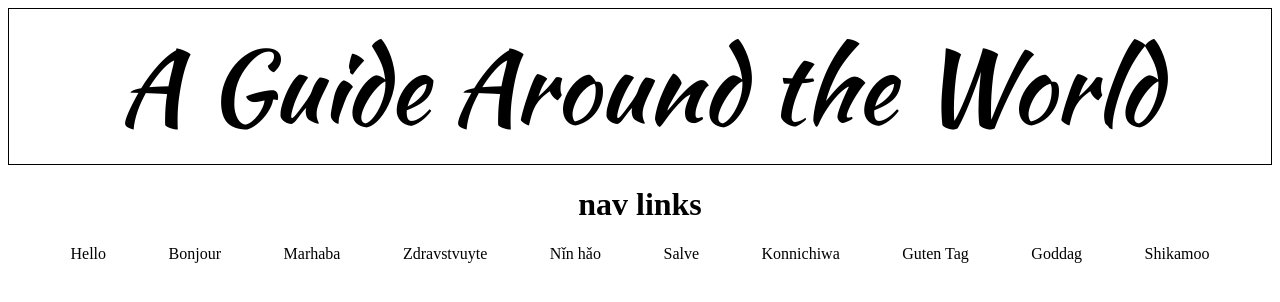
Repository: alharama/StaticWebsite
Page: index.html
The author's editor kept a copy of each file at every save. The page is drawn from the files as they stood at one save, then again after the next save.
The browser window is 1280 px wide. The pictures show the whole page.

Above is the page before, as saved 2021-09-20 19:57:53.

After the next save:
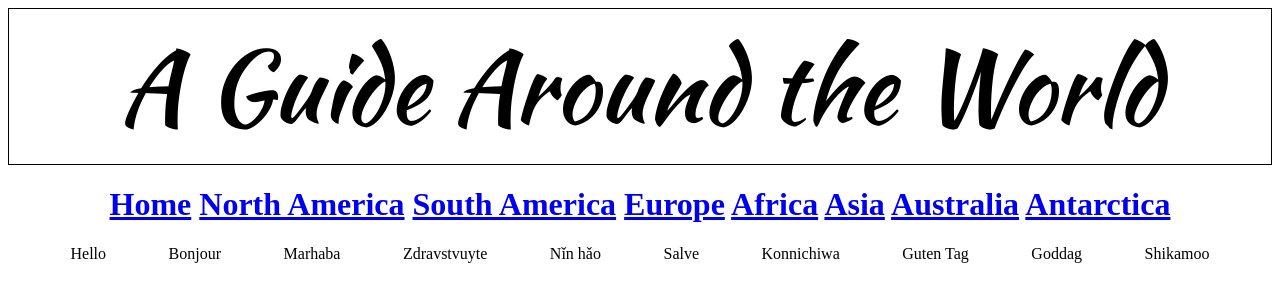
Saved 2 min 12 s later.
--- a/index.html
+++ b/index.html
@@ -46,7 +46,16 @@
     </header>
 
     <h1>
-        nav links
+        <nav>
+            <a href="/">Home</a>
+            <a href="/na_page.html">North America</a>
+            <a href="/sa_page.html">South America</a>
+            <a href="/eu_page.html">Europe</a>
+            <a href="/af_page.html">Africa</a>
+            <a href="/as_page.html">Asia</a>
+            <a href="/au_page.html">Australia</a>
+            <a href="/ant_page.html">Antarctica</a>
+        </nav>
     </h1>
 
     <body>
